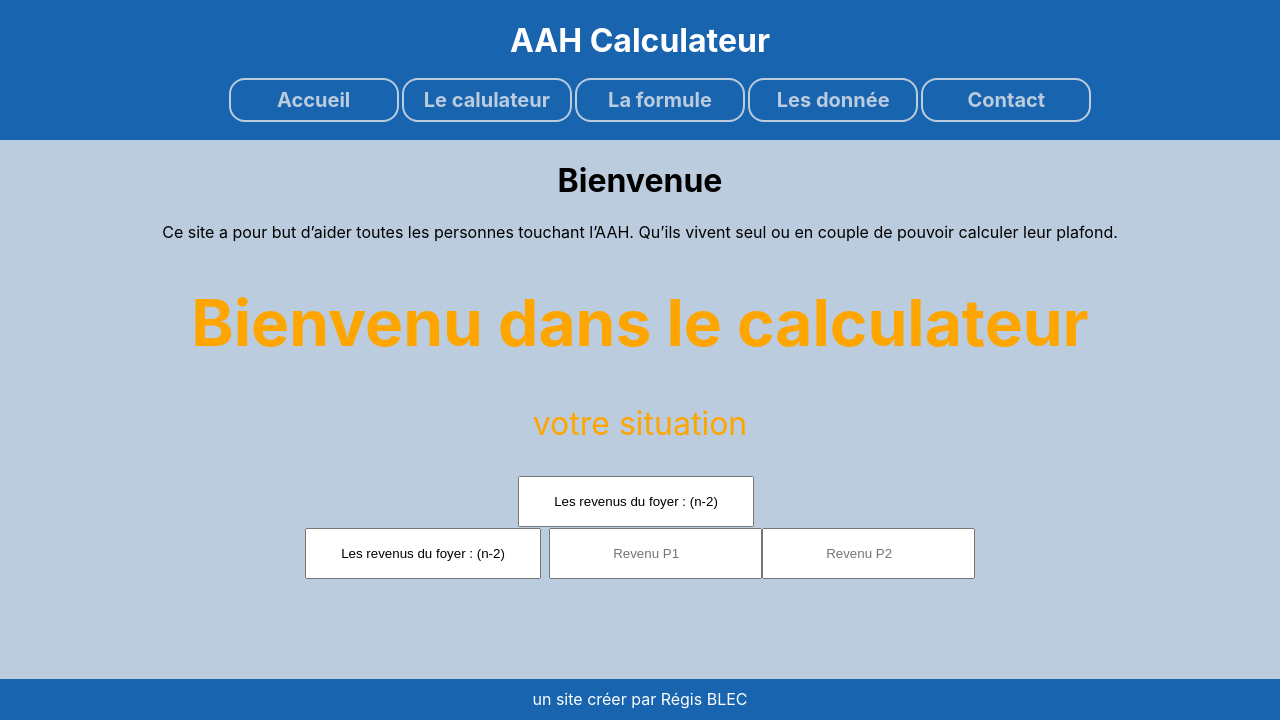
Repository: Cide74/calculateur-aah
Page: /
An editor plug-in stored every save of this project. The page is shown before and after the next save, followed by the edit.
The browser window is 1280 px wide. The pictures show the whole page.
The project was rebuilt for these pictures with package versions that can differ from the ones it lists, and the page was loaded fresh each time.

Above is the page before, as saved 2021-04-05 17:33:53.

After the next save:
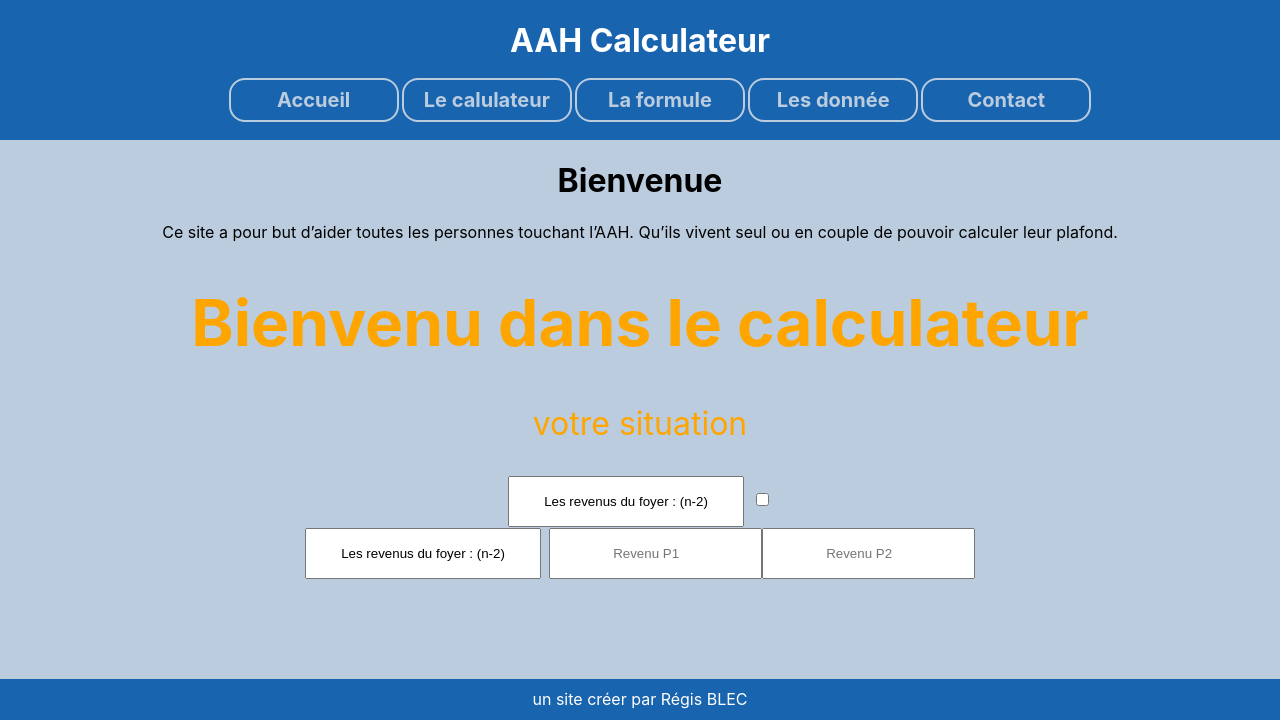
Saved 29 s later.
--- a/src/components/Calculator/Calculator.js
+++ b/src/components/Calculator/Calculator.js
@@ -24,7 +24,11 @@ export default function Calculator() {
               name='revenu-text'
             />
 
-            <switch/>
+                  <input
+        className="react-switch-checkbox"
+        id={`react-switch-new`}
+        type="checkbox"
+      />
 
           </div>
         </form>
